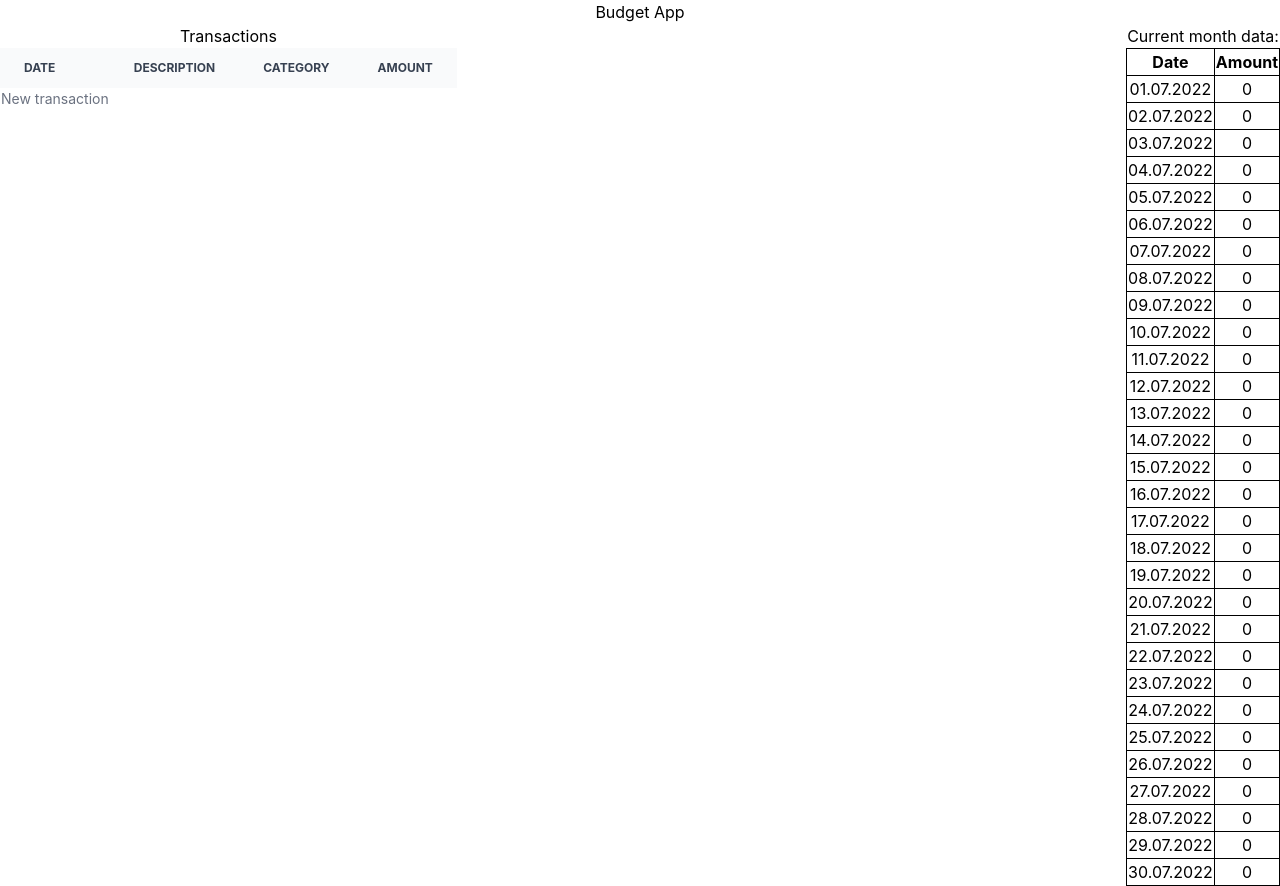
Repository: matveisch/budget-app
Page: /
The author's editor kept a copy of each file at every save. The page is drawn from the files as they stood at one save, then again after the next save.
The browser window is 1280 px wide. The pictures show the whole page.
The project was rebuilt for these pictures with package versions that can differ from the ones it lists, and the page was loaded fresh each time. Also part of the build but not shown: src/components/TransactionsList/TransactionsList.css, src/components/SingleTransaction/SingleTransaction.tsx.

Above is the page before, as saved 2022-07-21 17:56:06.

### src/App.tsx
import React, {useState} from 'react';

import './App.css';

import TransactionsList from "./components/TransactionsList/TransactionsList";
import {TransactionsContext} from "./data/TransactionsContext";
import {ListOfTransactions} from "./interface/types/Types";
import InputPopup from "./components/InputPopup/InputPopup";
import {CategoriesContext} from "./data/CategoriesContext";
import DaysSum from "./components/DaysSum/DaysSum";

function App() {
    const [transactions, setTransactions] = useState<ListOfTransactions["arrayOfObjects"]>([
        {
            id: 1,
            amount: 20,
            note: 'bread from local store',
            category: 'food',
            date: '2022-02-22'
        }
    ]);

    const [categories, setCategories] = useState(['food', 'shopping', 'groceries']);
    const [toggleInputPopup, setToggleInputPopup] = useState(false);

    return (
        <TransactionsContext.Provider value={{transactions, setTransactions}} >
            <CategoriesContext.Provider value={{categories, setCategories}} >
                <div className="App">
                    <header>
                        <h1>Budget App</h1>
                    </header>
                    <main>
                        <div id="transactions">
                            <h2>Transactions</h2>
                            <TransactionsList transactions={transactions} setToggleInputPopup={setToggleInputPopup}/>
                            <InputPopup toggleInputPopup={toggleInputPopup} setToggleInputPopup={setToggleInputPopup}/>
                        </div>
                        <div id="month-data">
                            <h2>Current month data:</h2>
                            <DaysSum />
                        </div>
                    </main>
                </div>
            </CategoriesContext.Provider>
        </TransactionsContext.Provider>
    );
}

export default App;

### src/components/TransactionsList/TransactionsList.tsx
import React, {Dispatch, SetStateAction} from 'react';

import './TransactionsList.css';

import {ListOfTransactions, Transaction} from "../../interface/types/Types";
import SingleTransaction from "../SingleTransaction/SingleTransaction";

interface TransactionsProps {
    transactions: ListOfTransactions["arrayOfObjects"];
    setToggleInputPopup: Dispatch<SetStateAction<boolean>>;
}

const TransactionsList = (props: TransactionsProps) => {
    return (
        <table id="transactions-list" className='w-full text-sm text-left text-gray-500 dark:text-gray-400'>
            <thead className='text-xs text-gray-700 uppercase bg-gray-50 dark:bg-gray-700 dark:text-gray-400'>
                <tr>
                    <th className='py-3 px-6'>Date</th>
                    <th className='py-3 px-6'>Description</th>
                    <th className='py-3 px-6'>Category</th>
                    <th className='py-3 px-6'>Amount</th>
                </tr>
            </thead>
            <tbody>
                {props.transactions.filter(transaction => new Date(transaction.date).getMonth() === new Date().getMonth()).map((item: Transaction, index: number) => {
                    return (
                        <SingleTransaction id={item.id} amount={item.amount} note={item.note} category={item.category} date={item.date} key={index}/>
                    )
                })}
            </tbody>
            <tfoot>
                <tr>
                    <td><button onClick={() => props.setToggleInputPopup(true)}>New transaction</button></td>
                </tr>
            </tfoot>
        </table>
    );
};

export default TransactionsList;

### src/data/TransactionsContext.tsx
import React, {createContext} from "react";

import {TransactionsContextType} from "../interface/types/Types";

export const TransactionsContext = createContext<TransactionsContextType | null>(null);

### src/components/InputPopup/InputPopup.tsx
import React, {Dispatch, SetStateAction, useContext, useEffect, useState} from 'react';

import './InputPopup.css';

import {TransactionsContext} from "../../data/TransactionsContext";
import {CategoriesContextType, Transaction, TransactionsContextType} from "../../interface/types/Types";
import Dropdown from "../../ui/Dropdown/Dropdown";
import {CategoriesContext} from "../../data/CategoriesContext";

interface InputPopupProps {
    toggleInputPopup: boolean;
    setToggleInputPopup: Dispatch<SetStateAction<boolean>>;
}

const InputPopup = (props: InputPopupProps) => {
    const { transactions, setTransactions } = useContext(TransactionsContext) as TransactionsContextType;
    const { categories, setCategories } = useContext(CategoriesContext) as CategoriesContextType;
    const [currentCategory, setCurrentCategory] = useState('');

    const [initialValues, setInitialValues] = useState({
        id: transactions.length + 1,
        amount: 0,
        note: '',
        category: '',
        date: '',
    })

    const handleDataChange = (e: React.ChangeEvent<HTMLInputElement>) => {
        const { id, value } = e.target;
        setInitialValues(prevState => ({
            ...prevState,
            [id]: value
        }));
    };

    // updating transaction id
    useEffect(() => {
        setInitialValues({...initialValues, ['id']: (transactions.length + 1)});
    }, [transactions.length])

    // updating transaction category
    useEffect(() => {
        setInitialValues({...initialValues, ['category']: currentCategory});
    }, [currentCategory]);

    const handleSave = (e: React.MouseEvent<HTMLButtonElement>) => {
        const saveData = (values: Transaction) => {
            setTransactions(current => [...current, values]);
        };

        e.preventDefault();

        // check if user filled all the inputs
        if (initialValues.amount > 0 && initialValues.note.length > 0 && initialValues.date.length > 0 && initialValues.category.length > 0) {
            saveData(initialValues);
            props.setToggleInputPopup(false);
        } else {
            console.log('fill all the inputs');
        }
    };

    return (
        <div id="input-popup" style={props.toggleInputPopup ? {display: 'block', position: 'absolute'} : {display: 'none'}}>
            <form id="input-popup__form">
                <div className="option-container">
                    <label htmlFor="date">Date:</label>
                    <input type="date" id="date" onChange={handleDataChange} value={initialValues.date}/>
                </div>
                <div className="option-container">
                    <label htmlFor="note">Description:</label>
                    <input type="text" id="note" onChange={handleDataChange} value={initialValues.note}/>
                </div>
                <Dropdown placeholder={'Categories'}
                          options={categories}
                          currentCategory={currentCategory}
                          setCurrentCategory={setCurrentCategory}/>
                <div className="option-container">
                    <label htmlFor="amount">Amount:</label>
                    <input type="number" id="amount" onChange={handleDataChange} value={initialValues.amount}/>
                </div>
                <div className="buttons">
                    <button type="submit" onClick={handleSave}>Save</button>
                    <button onClick={(e) => {e.preventDefault(); props.setToggleInputPopup(false);}}>Close</button>
                </div>
            </form>
        </div>
    );
};

export default InputPopup;

### src/data/CategoriesContext.tsx
import React, {createContext} from "react";

import {CategoriesContextType} from "../interface/types/Types";

export const CategoriesContext = createContext<CategoriesContextType | null>(null);

### src/components/DaysSum/DaysSum.tsx
import React, {useContext} from 'react';

import './DaysSum.css';

import {Transaction, TransactionsContextType} from "../../interface/types/Types";
import {TransactionsContext} from "../../data/TransactionsContext";

const DaysSum = () => {
    const { transactions, setTransactions } = useContext(TransactionsContext) as TransactionsContextType;

    // count sum of all transactions made on the exact day
    const countSum = (arr: Transaction[]) => arr.reduce((sum, {amount}) => sum + amount * 1, 0);

    const getDaysInMonth = (year: number, month: number) => {
        return new Date(year, month, 0).getDate();
    }

    const currentMonth = new Date().getMonth();
    const currentYear = new Date().getFullYear();

    const monthLongTable = () => {
        let arrayOfTr = [];

        for (let i = 0; i < getDaysInMonth(currentYear, currentMonth); i++) {
            arrayOfTr.push(
                <tr key={i}>
                    <td>{`${i + 1 > 9 ? i + 1 : `0${i + 1}`}.${currentMonth + 1 > 9 ? currentMonth + 1 : `0${currentMonth + 1}`}.${currentYear}`}</td>
                    <td>{countSum(transactions.filter(transaction => new Date(transaction.date).getDate() === i + 1 && new Date(transaction.date).getMonth() === currentMonth))}</td>
                </tr>
            )
        }

        return arrayOfTr;
    }

    return (
        <table id="days-sum">
            <thead>
                <tr>
                    <th>Date</th>
                    <th>Amount</th>
                </tr>
            </thead>
            <tbody>
                {monthLongTable()}
            </tbody>
        </table>
    );
};

export default DaysSum;

### src/components/InputPopup/InputPopup.css
#input-popup {
  background-color: white;
}
#input-popup__form {
  display: flex;
  flex-direction: column;
  align-items: start;
  gap: 5px;
  width: 300px;
  border: 1px solid;
  border-radius: 8px;
  padding: 15px;
}
#input-popup__form .option-container {
  display: flex;
  gap: 10px;
}
#input-popup__form .buttons {
  width: 100%;
  display: flex;
  justify-content: space-between;
}/*# sourceMappingURL=InputPopup.css.map */

### src/ui/Dropdown/Dropdown.tsx
import React, {Dispatch, SetStateAction, useState} from 'react';

import './Dropdown.css';
import arrow from '../../data/images/arrow-down-sign-to-navigate.png';

interface DropdownProps {
    placeholder: string;
    options: string[];
    currentCategory: string;
    setCurrentCategory: Dispatch<SetStateAction<string>>;
}

const Dropdown = (props: DropdownProps) => {
    const [dropdownToggle, setDropdownToggle] = useState(false);

    const optionClickHandler = (option: string) => {
        props.setCurrentCategory(option);
        setDropdownToggle(false);
    }

    return (
        <div className="dropdown">
            <div className="dropdown__header" onClick={() => setDropdownToggle(!dropdownToggle)}>
                {props.currentCategory.length > 0 ? props.currentCategory : props.placeholder}
                <img src={arrow} alt="" style={dropdownToggle ? {transform: 'rotate(180deg)'} : undefined}/>
            </div>
            <div className="dropdown__options-container"
                 style={dropdownToggle ? {display: 'flex'} : {display: 'none'}}>{props.options.map((option, index) => {
                return (
                    <p key={index} className="option" onClick={() => optionClickHandler(option)}>{option}</p>
                )
            })}</div>
        </div>
    );
};

export default Dropdown;

### src/components/DaysSum/DaysSum.css
#days-sum td, #days-sum th {
  border: 1px solid;
}/*# sourceMappingURL=DaysSum.css.map */

### src/ui/Dropdown/Dropdown.css
.dropdown {
  border: 1px solid;
  border-radius: 8px;
  padding: 5px;
  display: flex;
  flex-direction: column;
  gap: 5px;
}
.dropdown__header {
  display: flex;
  gap: 5px;
  justify-content: start;
  align-items: center;
  cursor: pointer;
}
.dropdown__header img {
  width: 12px;
  margin-left: 10px;
}
.dropdown__options-container {
  display: flex;
  position: absolute;
  flex-direction: column;
  align-items: start;
  gap: 5px;
}
.dropdown__options-container p {
  margin: 0;
  cursor: pointer;
}/*# sourceMappingURL=Dropdown_20220721173959.css.map */

Loaded but not shown: public/index.html (common file); src/index.tsx (common file); src/index.css (common file); src/reportWebVitals.ts (common file); src/App.css (common file); tailwind.config.js (common file)

After the next save:
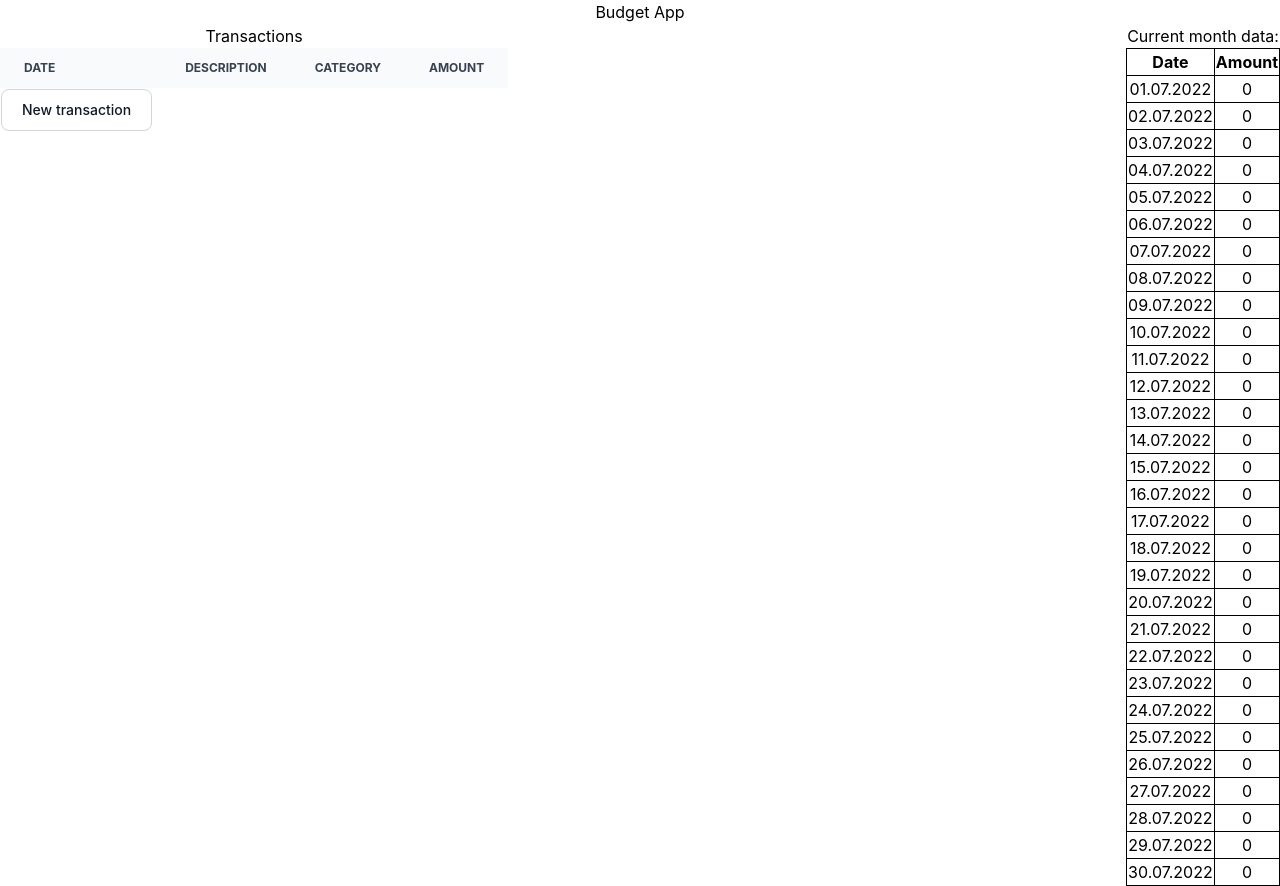
Saved 116 s later.
--- a/src/components/TransactionsList/TransactionsList.tsx
+++ b/src/components/TransactionsList/TransactionsList.tsx
@@ -30,7 +30,7 @@ const TransactionsList = (props: TransactionsProps) => {
             </tbody>
             <tfoot>
                 <tr>
-                    <td><button onClick={() => props.setToggleInputPopup(true)}>New transaction</button></td>
+                    <td><button className='text-gray-900 bg-white border border-gray-300 focus:outline-none hover:bg-gray-100 focus:ring-4 focus:ring-gray-200 font-medium rounded-lg text-sm px-5 py-2.5 mr-2 mb-2 dark:bg-gray-800 dark:text-white dark:border-gray-600 dark:hover:bg-gray-700 dark:hover:border-gray-600 dark:focus:ring-gray-700' onClick={() => props.setToggleInputPopup(true)}>New transaction</button></td>
                 </tr>
             </tfoot>
         </table>
